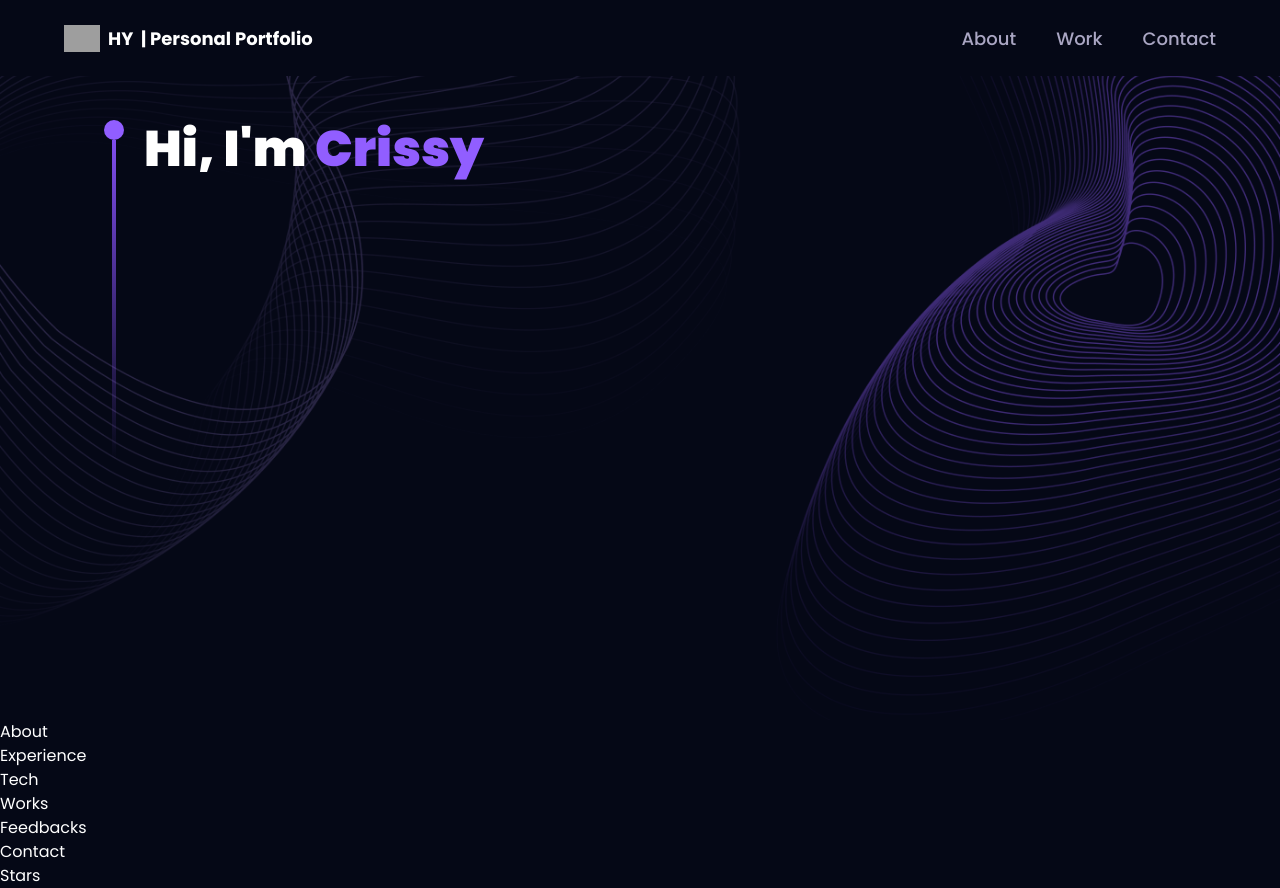
Repository: huiyyee/3d_portfolio
Page: /
These files come from the project's save history. The page is drawn as it stood at one moment and after the next save; the edit follows.
The browser window is 1280 px wide. The pictures show the whole page.
Pictures or frames that could not be fetched are drawn as grey boxes. The project was rebuilt for these pictures with package versions that can differ from the ones it lists, and the page was loaded fresh each time. Also part of the build but not shown: vite.config.js, src/components/canvas/Earth.jsx, src/components/canvas/Ball.jsx, src/components/canvas/Computers.jsx.

Above is the page before, as saved 2024-10-10 23:38:06.

After the next save:
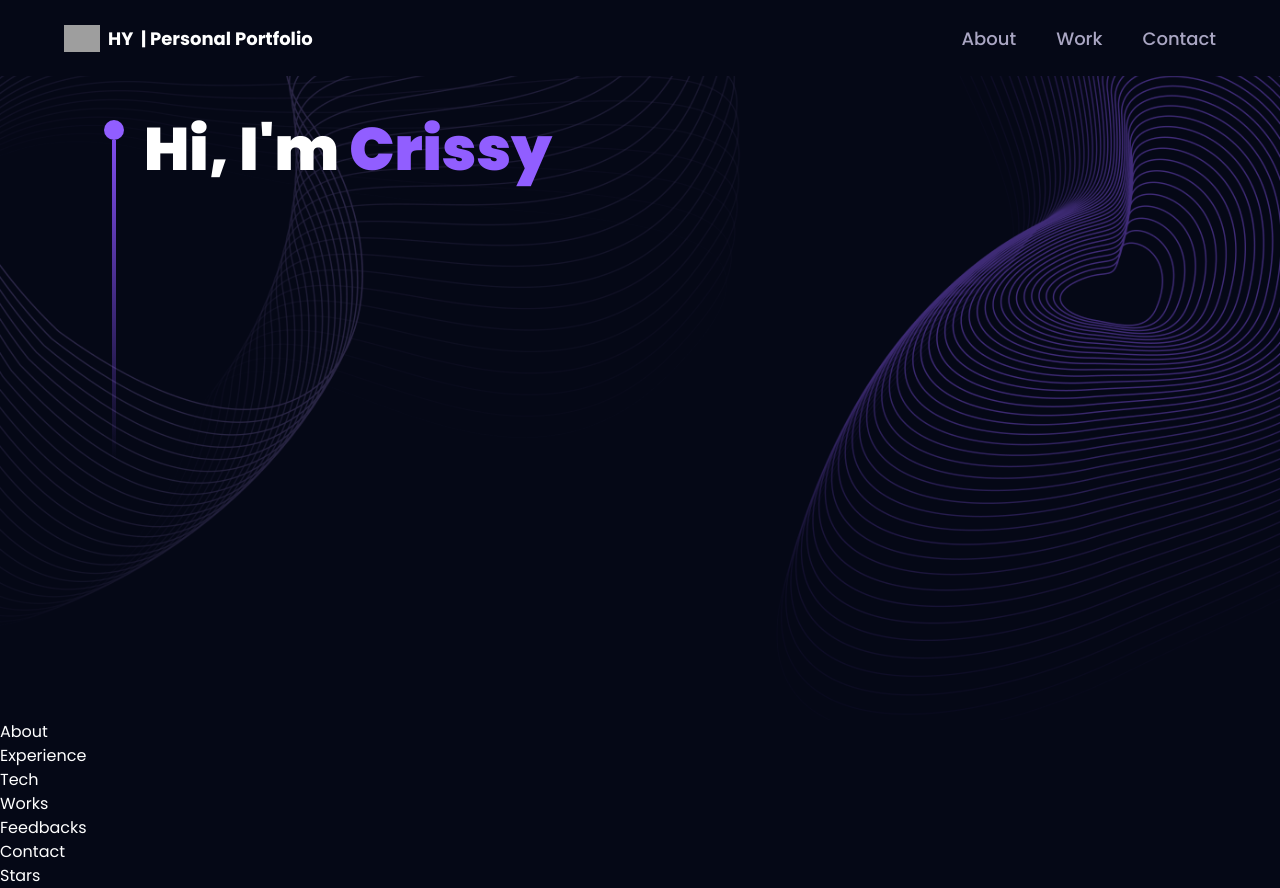
Saved 5 s later.
--- a/src/components/styles.js
+++ b/src/components/styles.js
@@ -4,7 +4,7 @@ const styles = {
     padding: "sm:px-16 px-6 sm:py-16 py-10",
 
     heroHeadText:
-        "font-black text-white lg:text-[50px] sm:text-[60px] xs:text-[50px] text-[40px] lg:leading-[98px] mt-2",
+        "font-black text-white lg:text-[60px] sm:text-[60px] xs:text-[50px] text-[40px] lg:leading-[98px] mt-2",
     heroSubText:
         "text-[#dfd9ff] font-medium lg:text-[30px] sm:text-[26px] xs:text-[20px] text-[16px] lg:leading-[40px]",
 
